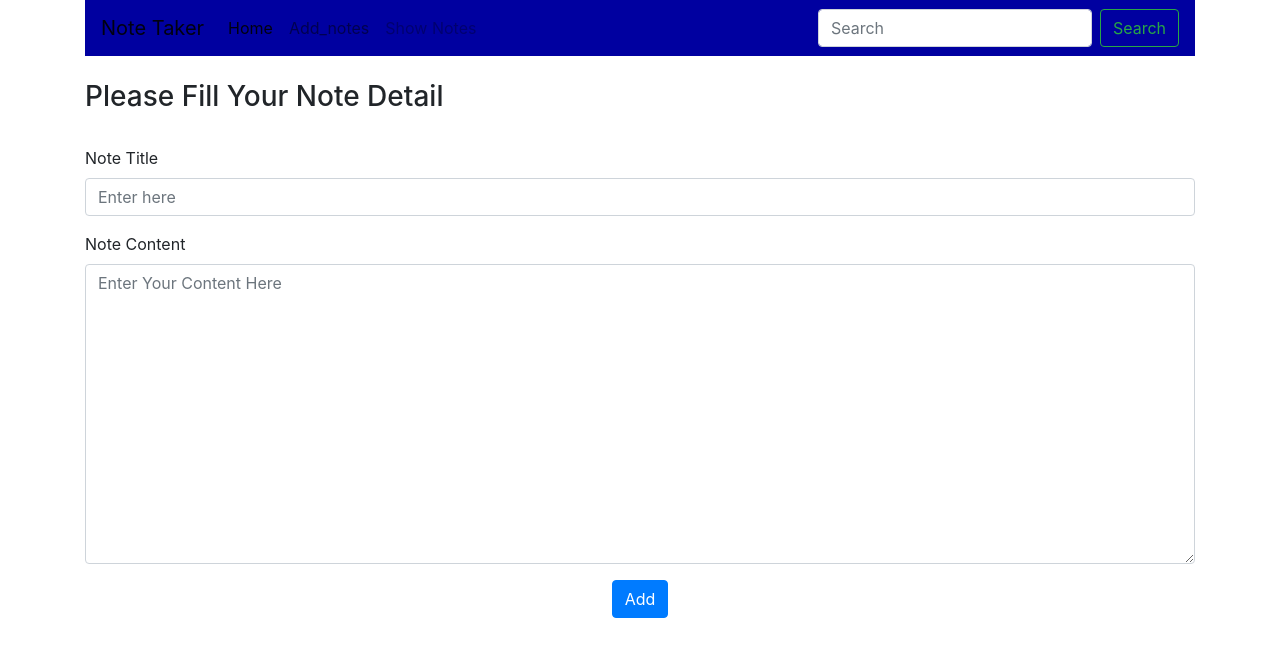
Repository: PratibhaMastud/index.jsp
Page: http://localhost/JavaWebApp/add_notes.jsp
These files come from the project's save history. The page is drawn as it stood at one moment and after the next save; the edit follows.
The browser window is 1280 px wide. The pictures show the whole page.
Some web libraries are served in a nearby version. The page is served by Tomcat 9. Other server files are loaded and not shown.

Above is the page before, as saved 2020-06-29 06:51:50.

### JavaWebApp/src/main/webapp/add_notes.jsp
<%@ page language="java" contentType="text/html; charset=ISO-8859-1"
    pageEncoding="ISO-8859-1"%>
<!DOCTYPE html>
<html>
<head>
<meta charset="ISO-8859-1">
<title>ADD NOTES</title>
	<%@include file="all_css_js.jsp"%>
</head>
<body>
<div class="container">
	<%@include file="navbar.jsp"%><br>
	<h3>Please Fill Your Note Detail</h3></br>

<!--this is add form  -->
<form action="SaveNoteServlet" method="post">

  <div class="form-group">
   	 <label for="title">Note Title</label>
   	 <input
   	 name="title"
     required
     type="text"
     class="form-control"
      id="title"
      aria-describedby="emailHelp"
     placeholder="Enter here" />
  </div>


  <div class="form-group">
    <label for="exampleInputPassword1">Note Content</label>
    <textarea
    	 name="content"
    	 required
    	 id="content"
    	  placeholder="Enter Your Content Here"
    	  class="form-control"
    	  style="height:300px"></textarea>
  </div>
  <div class="container text-center">
  	   <button type="submit" class="btn btn-primary">Add</button>
  </div>
</form>

</div>
</body>
</html>

### JavaWebApp/src/main/webapp/all_css_js.jsp
  <!-- Required meta tags -->

    <!-- Bootstrap CSS -->
    <link rel="stylesheet"
    href="https://maxcdn.bootstrapcdn.com/bootstrap/4.0.0/css/bootstrap.min.css"
    integrity="sha384-Gn5384xqQ1aoWXA+058RXPxPg6fy4IWvTNh0E263XmFcJlSAwiGgFAW/dAiS6JXm"
    crossorigin="anonymous">

	<link href="css/style.css" rel="stylesheet"/>

   <!-- Optional JavaScript -->
    <!-- jQuery first, then Popper.js, then Bootstrap JS -->
    <script src="https://code.jquery.com/jquery-3.2.1.slim.min.js"
     integrity="sha384-KJ3o2DKtIkvYIK3UENzmM7KCkRr/rE9/Qpg6aAZGJwFDMVNA/GpGFF93hXpG5KkN"
     crossorigin="anonymous"></script>
    <script src="https://cdnjs.cloudflare.com/ajax/libs/popper.js/1.12.9/umd/popper.min.js"
    integrity="sha384-ApNbgh9B+Y1QKtv3Rn7W3mgPxhU9K/ScQsAP7hUibX39j7fakFPskvXusvfa0b4Q"
    crossorigin="anonymous"></script>
    <script src="https://maxcdn.bootstrapcdn.com/bootstrap/4.0.0/js/bootstrap.min.js"
    integrity="sha384-JZR6Spejh4U02d8jOt6vLEHfe/JQGiRRSQQxSfFWpi1MquVdAyjUar5+76PVCmYl"
    crossorigin="anonymous"></script>

### JavaWebApp/src/main/webapp/navbar.jsp
<nav class="navbar navbar-expand-lg navbar-light" style="background :#0000a0">
  <a class="navbar-brand" href="#">Note Taker</a>
  <button class="navbar-toggler" type="button" data-toggle="collapse" data-target="#navbarSupportedContent" aria-controls="navbarSupportedContent" aria-expanded="false" aria-label="Toggle navigation">
    <span class="navbar-toggler-icon"></span>
  </button>

  <div class="collapse navbar-collapse" id="navbarSupportedContent">
    <ul class="navbar-nav mr-auto">
      <li class="nav-item active">
        <a class="nav-link" href="index.jsp">Home<span class="sr-only">(current)</span></a>
      </li>
      <li class="nav-item">
        <a class="nav-link" href="add_notes.jsp">Add_notes</a>
      </li>

      <li class="nav-item">
        <a class="nav-link disabled" href="all_notes.jsp">Show Notes</a>
      </li>
    </ul>
    <form class="form-inline my-2 my-lg-0">
      <input class="form-control mr-sm-2" type="search" placeholder="Search" aria-label="Search">
      <button class="btn btn-outline-success my-2 my-sm-0" type="submit">Search</button>
    </form>
  </div>
</nav>

### JavaWebApp/src/main/webapp/css/style.css
.purple{
	background :#0000a0;
}

After the next save:
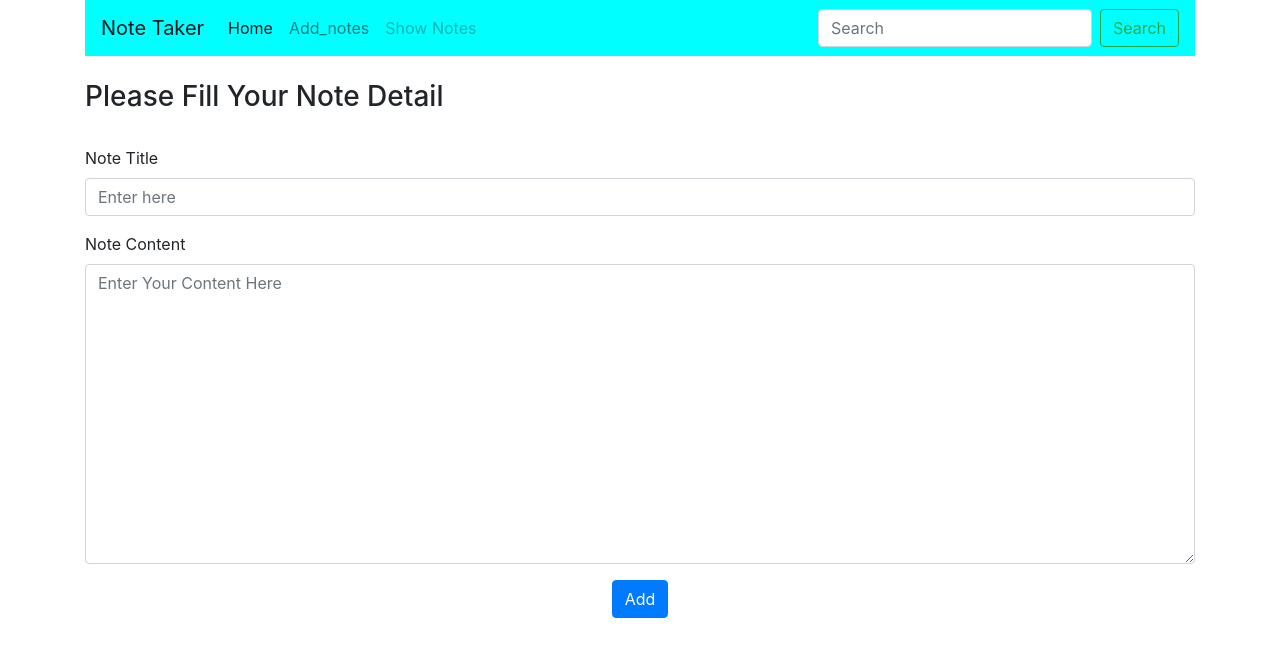
Saved 96 s later.
--- a/JavaWebApp/src/main/webapp/navbar.jsp
+++ b/JavaWebApp/src/main/webapp/navbar.jsp
@@ -1,4 +1,4 @@
-<nav class="navbar navbar-expand-lg navbar-light" style="background :#0000a0">
+<nav class="navbar navbar-expand-lg navbar-light" style="background :#00ffff">
   <a class="navbar-brand" href="#">Note Taker</a>
   <button class="navbar-toggler" type="button" data-toggle="collapse" data-target="#navbarSupportedContent" aria-controls="navbarSupportedContent" aria-expanded="false" aria-label="Toggle navigation">
     <span class="navbar-toggler-icon"></span>
